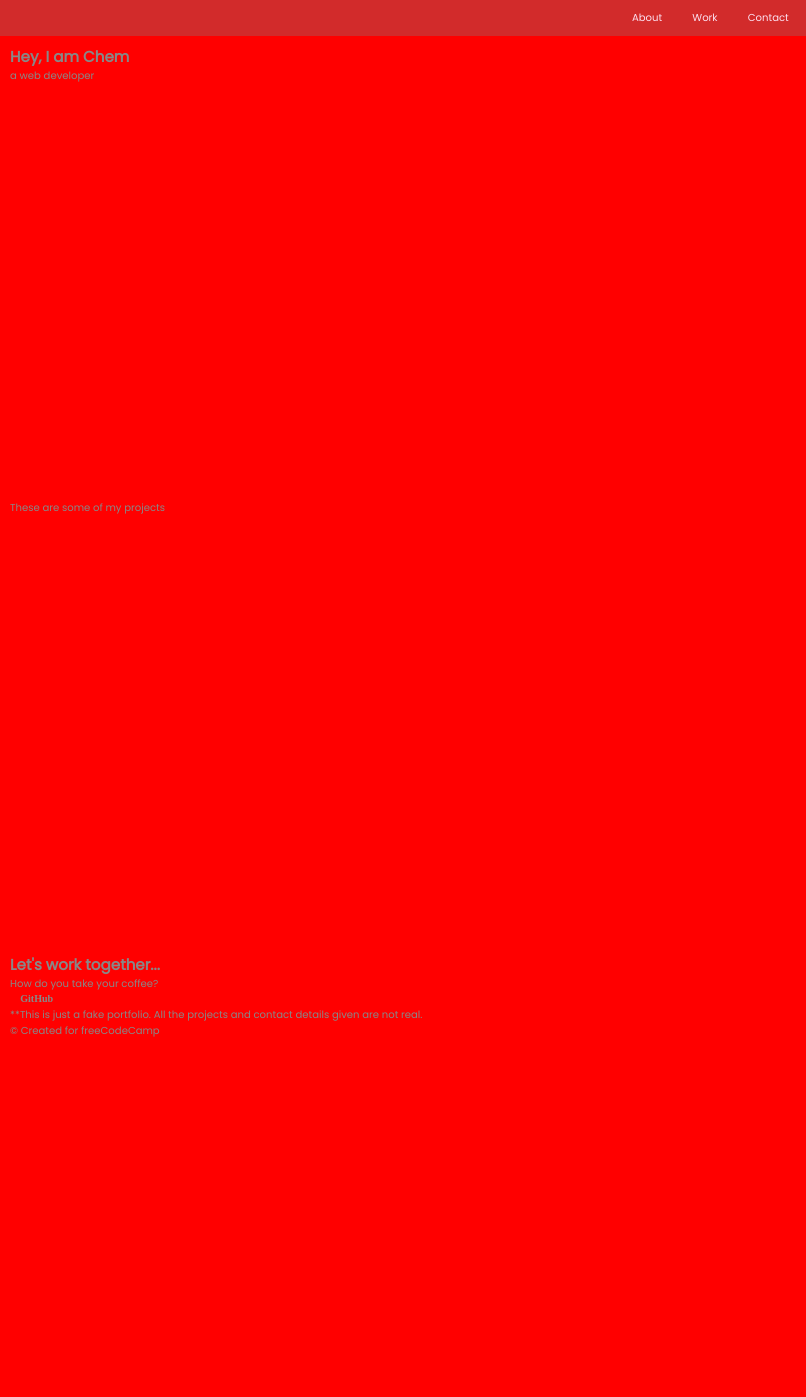
Repository: Pxych09/html-and-css-project
Page: freecodecamp/personal-portfolio.html
The author's editor kept a copy of each file at every save. The page is drawn from the files as they stood at one save, then again after the next save.
The browser window is 1280 px wide. The pictures show the whole page, at 63% of full size.
Some web libraries are served in a nearby version.

Above is the page before, as saved 2023-08-10 18:29:27.

### freecodecamp/personal-portfolio.html
<!DOCTYPE html>
<html lang="en">
<head>
    <meta charset="UTF-8">
    <meta name="viewport" content="width=device-width, initial-scale=1.0">
    <title>Personal Portfolio</title>
    <link rel="stylesheet" href="./personal-portfolio.css">
    <!-- font-awesome -->
    <link
    rel="stylesheet"
    href="https://use.fontawesome.com/releases/v5.8.1/css/all.css"
    integrity="sha384-50oBUHEmvpQ+1lW4y57PTFmhCaXp0ML5d60M1M7uH2+nqUivzIebhndOJK28anvf"
    crossorigin="anonymous"
  />
</head>
<body>

    <nav id="navbar">
            <a href="#welcome-section">About</a>
            <a href="#projects">Work</a>
            <a href="#">Contact</a>
    </nav>

    <!-- ABOUT -->
    <div class="master-container">
        <section id="welcome-section">
            <h1>Hey, I am Chem</h1>
            <p>a web developer</p>
        </section>
    </div>


    <!-- PROJECTS -->
    <div class="master-container">
        <section id="projects">
            <div class="project-title">These are some of my projects</div>

            <!-- start: cards -->
            <div class="card"></div>
            <!-- end: cards -->

            <div class="for-button">
                <a href="#" target="_blank"></a>
            </div>
        </section>
    </div>


    <!-- CONTACT -->
    <div class="master-container">
        <section id="contacts">
            <div class="above-container">
                <h1>Let's work together...</h1>
                <p>How do you take your coffee?</p>
            </div>

            <!-- start: social media accounts -->
            <div class="middle-container">
                <a href="#" id="personal-link"><i class="fa fa-github">GitHub</i></a>
            </div>
            <!-- end: social media accounts -->

            <div class="below-container">
                <div>**This is just a fake portfolio. All the projects and contact details given are not real.</div>
                <div>
                    © Created for
                    <a href="#">freeCodeCamp</a>
                </div>
            </div>
        </section>
    </div>
</body>
</html>

### freecodecamp/personal-portfolio.css
@import url('https://fonts.googleapis.com/css2?family=Anton&family=Inconsolata:wght@300&family=Lobster&family=PT+Sans:wght@700&family=Poppins&display=swap');

:root{
    --color-navbar: #d22b2b;
    --white: #f2f2f2;
    --padding: 1rem;
}

*, ::after, ::before{
    margin: 0; padding: 0;
    box-sizing: border-box;
}
body{
    font-family: "Poppins", sans-serif;
    color: #888;
}

.master-container{
    min-height: 100vh;
    padding: var(--padding);
}

a{
    text-decoration: none;
    color: inherit;
}

#navbar a:hover{
    background-color: #5d8bf4;
}
#navbar{
    position: sticky;
    top: 0; left: 0;
    padding: var(--padding) calc(var(--padding) + .75rem);
    display: flex; flex-wrap: wrap;
    background-color: var(--color-navbar);
    color: #fefe;
    justify-content: flex-end;
    align-items: center;
    gap: calc(var(--padding) * 3);
}












/* media query => mobile */
@media (max-width: 320px) and (max-width: 480px){

}
/* media query => iPads or Tablets */
@media (max-width: 481px) and (max-width: 768px){

}
/* media query => Laptops */
@media (max-width: 769px) and (max-width: 1024px){

}
/* media query => Large screens */
@media (min-width: 1025px){
    html{
        background: red;
    }
}

After the next save:
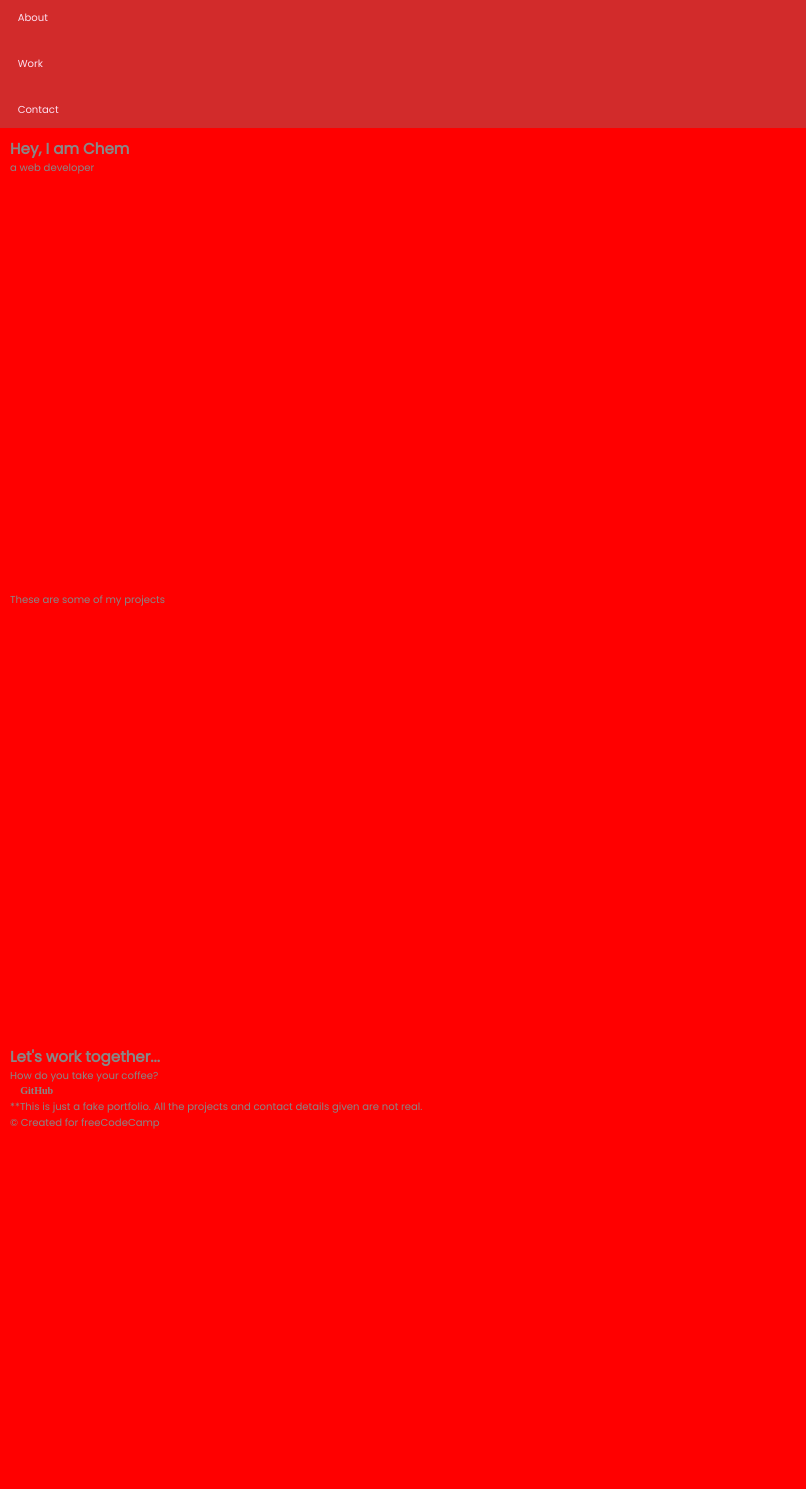
Saved 53 s later.
--- a/freecodecamp/personal-portfolio.css
+++ b/freecodecamp/personal-portfolio.css
@@ -25,6 +25,9 @@
     color: inherit;
 }
 
+#navbar a{
+    height: 100%; width: 100%;
+}
 #navbar a:hover{
     background-color: #5d8bf4;
 }

After the save that followed:
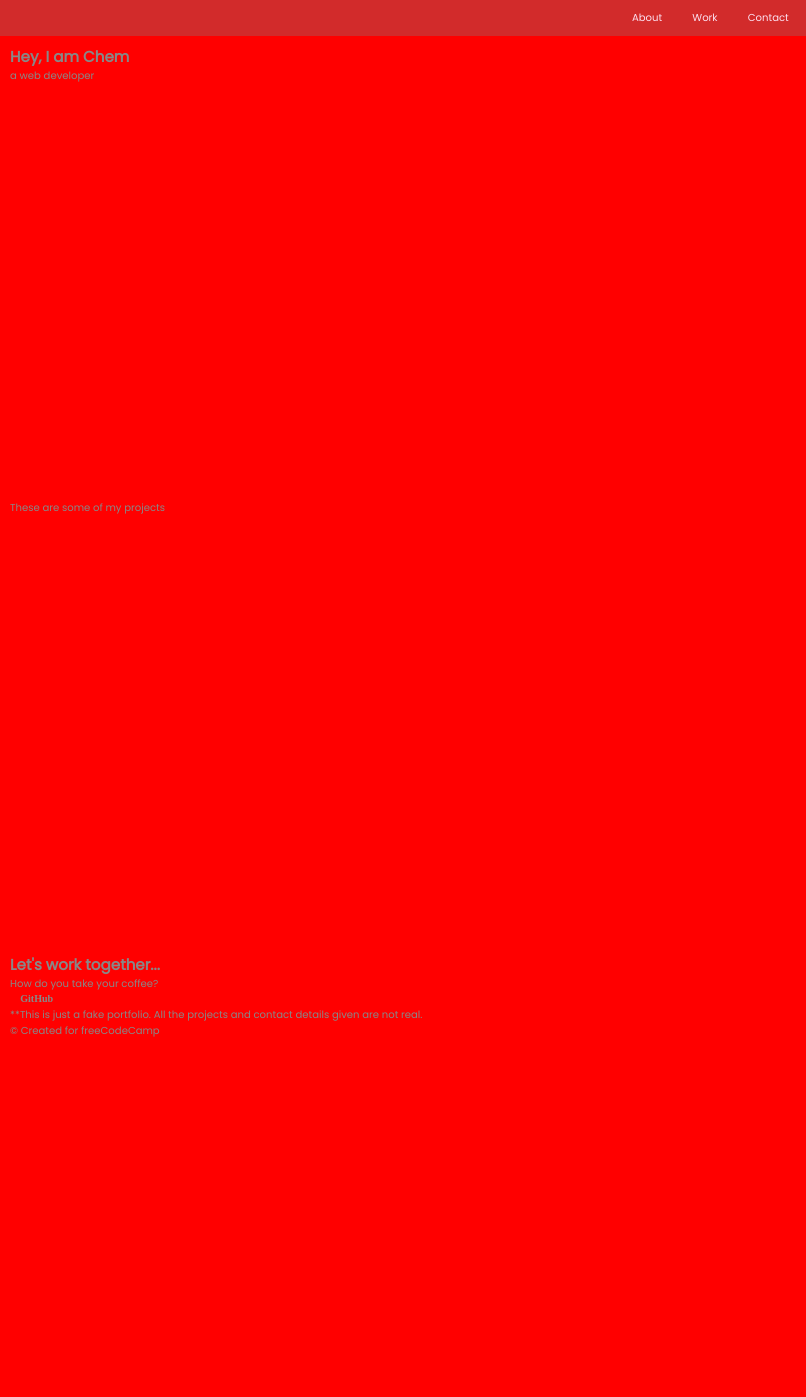
Saved 8 s later.
--- a/freecodecamp/personal-portfolio.css
+++ b/freecodecamp/personal-portfolio.css
@@ -26,7 +26,7 @@
 }
 
 #navbar a{
-    height: 100%; width: 100%;
+    height: 100%;
 }
 #navbar a:hover{
     background-color: #5d8bf4;
